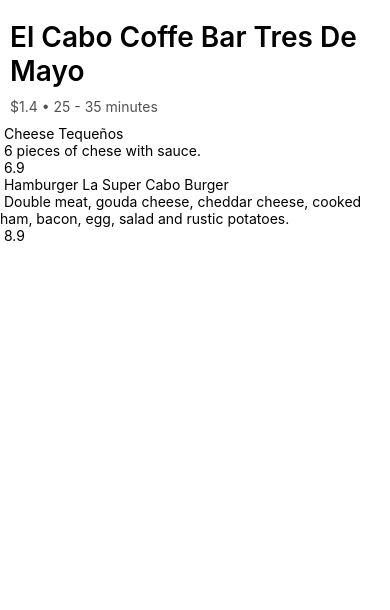
Repository: leroy-netizen/rn-uber-eats-client
Screen: /
These files come from the project's save history. The screen is drawn as it stood at one moment and after the next save; the edit follows.
The pictures show rows 234 to 844 of an output 844 px tall.
The app was drawn by React Native's web renderer in a window 390 px wide. The project was rebuilt for these pictures with package versions that can differ from the ones it lists, and the page was loaded fresh each time. Also part of the build but not shown: src/components/restaurantItem/RestaurantItem.jsx, src/screens/HomeScreen/index.js.

Above is the screen before, as saved 2023-01-16 16:27:30.

After the next save:
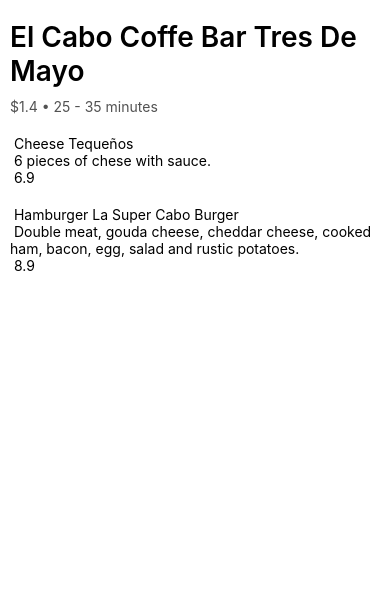
Saved 116 s later.
--- a/src/components/DishListItem/index.js
+++ b/src/components/DishListItem/index.js
@@ -12,7 +12,7 @@ const DishListItem = ({dish}) => {
 
 const styles = StyleSheet.create( {
     container: {
-
+        margin: 10
     },
     name: {},
     description: {},
